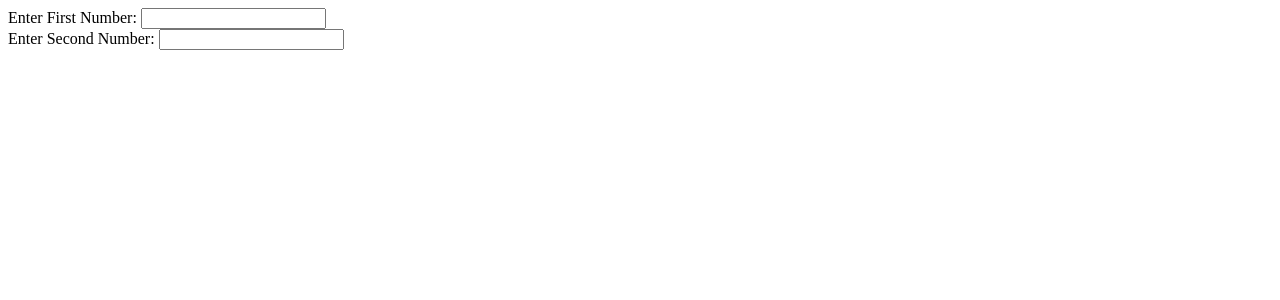
Repository: KoviAnusha/Typescript-files
Page: workspace-sts-3.9.9.RELEASE/JSPDemos/WebContent/index.html
An editor plug-in stored every save of this project. The page is shown before and after the next save, followed by the edit.
The browser window is 1280 px wide. The pictures show the whole page.

Above is the page before, as saved 2019-08-24 04:46:24.

### workspace-sts-3.9.9.RELEASE/JSPDemos/WebContent/index.html
<!DOCTYPE html>
<html>
<head>
<meta charset="ISO-8859-1">
<title>Insert title here</title>
</head>
<body>
<form method="get" action="index.jsp">
Enter First Number: <input type="text"><br>
Enter Second Number: <input type="text"><br>
</form>
</body>
</html>

After the next save:
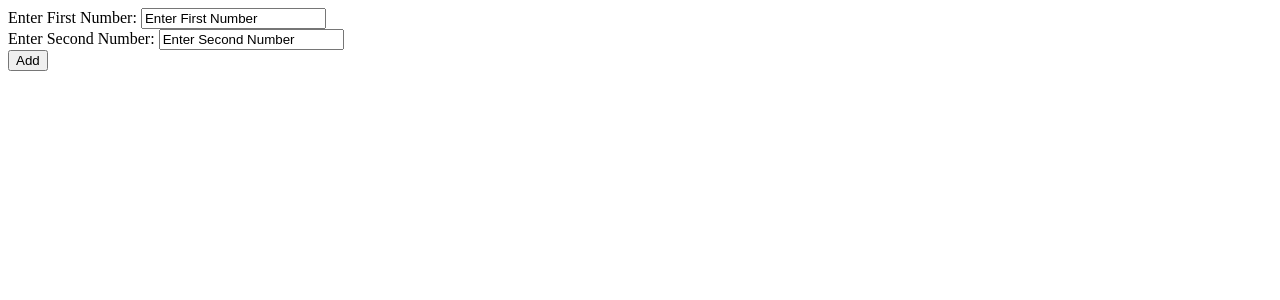
Saved 85 s later.
--- a/workspace-sts-3.9.9.RELEASE/JSPDemos/WebContent/index.html
+++ b/workspace-sts-3.9.9.RELEASE/JSPDemos/WebContent/index.html
@@ -6,8 +6,9 @@
 </head>
 <body>
 <form method="get" action="index.jsp">
-Enter First Number: <input type="text"><br>
-Enter Second Number: <input type="text"><br>
+Enter First Number: <input type="text" value="Enter First Number"><br>
+Enter Second Number: <input type="text" value="Enter Second Number"><br>
+<input type="submit" value="Add">
 </form>
 </body>
 </html>
